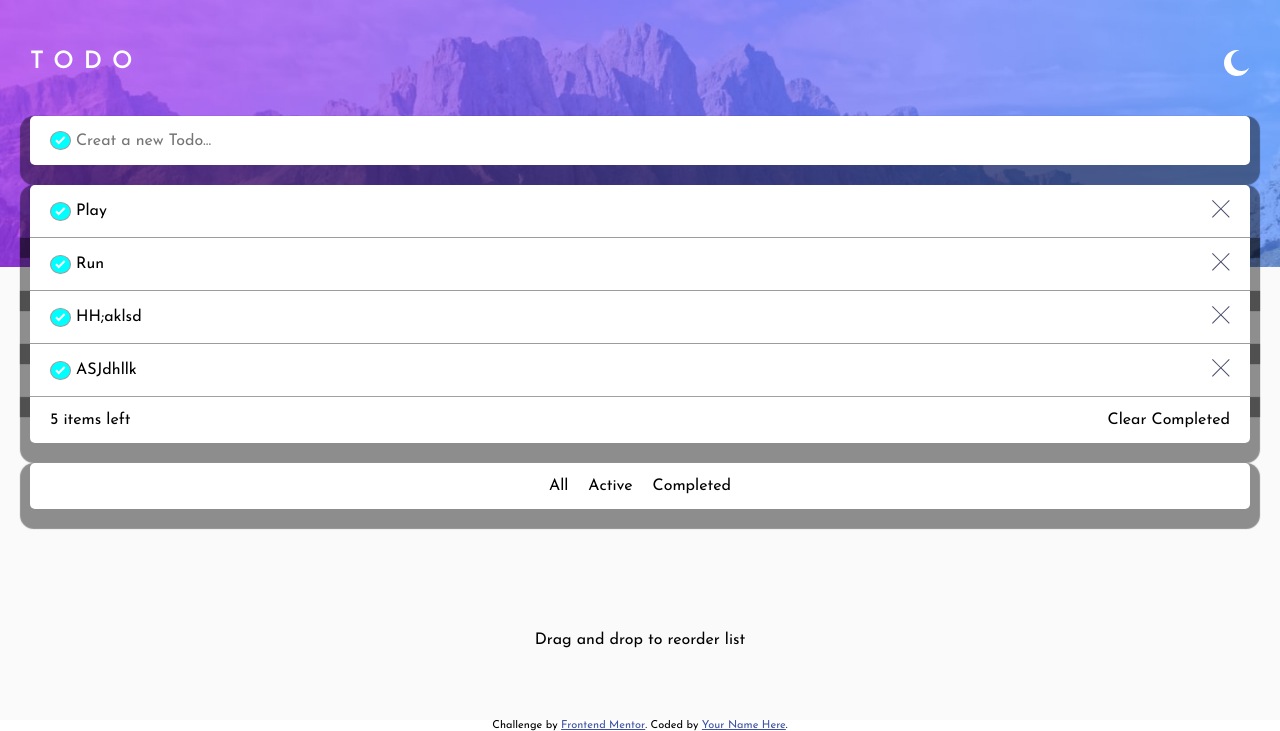
Repository: Baraajad231/Todo-app
Page: /
These files come from the project's save history. The page is drawn as it stood at one moment and after a run of saves; the edit follows.
The browser window is 1280 px wide. The pictures show the whole page.
The project was rebuilt for these pictures with package versions that can differ from the ones it lists, and the page was loaded fresh each time. Also part of the build but not shown: vite.config.js.

Above is the page before, as saved 2025-12-28 02:07:58.

### index.html
<!DOCTYPE html>
<html lang="en">
  <head>
    <meta charset="UTF-8" />
    <meta name="viewport" content="width=device-width, initial-scale=1.0" />
    <!-- displays site properly based on user's device -->

    <link
      rel="icon"
      type="image/png"
      sizes="32x32"
      href="./images/favicon-32x32.png"
    />

    <title>Frontend Mentor | Todo app</title>

    <!-- Feel free to remove these styles or customise in your own stylesheet 👍 -->
    <style>
      .attribution {
        font-size: 11px;
        text-align: center;
      }
      .attribution a {
        color: hsl(228, 45%, 44%);
      }
    </style>

    <link rel="preconnect" href="https://fonts.googleapis.com" />
    <link rel="preconnect" href="https://fonts.gstatic.com" crossorigin />
    <link
      href="https://fonts.googleapis.com/css2?family=Josefin+Sans:ital,wght@0,100..700;1,100..700&display=swap"
      rel="stylesheet"
    />

    <link rel="stylesheet" href="./styles/style.scss" />
  </head>
  <body>
    <div class="container">
      <picture class="background-Wrapper">
        <source
          media="(min-width:465px)"
          srcset="images/bg-desktop-light.jpg"
        />
        <img
          src="images/bg-mobile-light.jpg"
          alt="bg-mobile-light"
          class="background background-light"
        />
      </picture>

      <div class="todo">
        <div class="todo__header">
          <h1 class="todo__title">TODO</h1>
          <img src="images/icon-moon.svg" alt="moon icon" class="todo__theme" />
        </div>
        <ul class="todo__list">
          <li class="todo__list__row todo__list__row-input">
            <span class="checkbox">
              <img
                src="./images/icon-check.svg"
                alt="check"
                class="checkbox__icon"
              />
            </span>
            <input
              type="text"
              placeholder="Creat a new Todo..."
              class="todo__list__input"
            />
          </li>

          <li class="todo__list__row">
            <span class="checkbox">
              <img
                src="./images/icon-check.svg"
                alt="check"
                class="checkbox__icon"
              />
            </span>
            <span class="todo__list__task">Play</span>
            <span class="remove-btn">
              <img src="./images/icon-cross.svg" alt="" class="remove-icon"
            /></span>
          </li>
          <li class="todo__list__row">
            <span class="checkbox">
              <img
                src="./images/icon-check.svg"
                alt="check"
                class="checkbox__icon"
              />
            </span>
            <span class="todo__list__task">Run</span>
            <span class="remove-btn">
              <img src="./images/icon-cross.svg" alt="" class="remove-icon"
            /></span>
          </li>
          <li class="todo__list__row">
            <span class="checkbox">
              <img
                src="./images/icon-check.svg"
                alt="check"
                class="checkbox__icon"
              />
            </span>
            <span class="todo__list__task">HH;aklsd</span>
            <span class="remove-btn">
              <img src="./images/icon-cross.svg" alt="" class="remove-icon"
            /></span>
          </li>
          <li class="todo__list__row">
            <span class="checkbox">
              <img
                src="./images/icon-check.svg"
                alt="check"
                class="checkbox__icon"
              />
            </span>
            <span class="todo__list__task">ASJdhllk</span>
            <span class="remove-btn">
              <img src="./images/icon-cross.svg" alt="" class="remove-icon"
            /></span>
          </li>
          <li class="todo__list__row todo__list__row--meta">
            <div class="todo__items-left">
              <span class="todo__items-count">5</span>
              <span class="todo__items-text">items left</span>
            </div>

            <button class="todo__list-clear button">Clear Completed</button>
          </li>

          <li class="todo__list__row todo__list__row--filter">
            <button class="todo__list-all">All</button>
            <button class="todo__list-active">Active</button>
            <button class="todo__list-completed">Completed</button>
          </li>
        </ul>
      </div>
    </div>
    <p class="note">Drag and drop to reorder list</p>

    <div class="attribution">
      Challenge by
      <a href="https://www.frontendmentor.io?ref=challenge" target="_blank"
        >Frontend Mentor</a
      >. Coded by <a href="#">Your Name Here</a>.
    </div>
  </body>
</html>

### styles/style.scss
/*variables*/
:root {
  /* ===== Brand / Primary ===== */
  --color-primary: hsl(220, 98%, 61%);
  --gradient-check: linear-gradient(hsl(192, 100%, 67%), hsl(280, 87%, 65%));

  /* ===== Typography ===== */
  --font-family-base: "Josefin Sans", sans-serif;
  --font-size-base: 18px;
  --font-weight-regular: 400;
  --font-weight-bold: 700;
  // }

  // :root[data-theme="light"] {
  --color-bg: hsl(0, 0%, 98%);
  --color-surface: #ffffff;

  --color-text-primary: hsl(235, 19%, 35%);
  --color-text-secondary: hsl(236, 9%, 61%);

  --color-border: hsl(233, 11%, 84%);
  --color-muted: hsl(234, 39%, 85%);
  // }

  // :root[data-theme="dark"] {
  // --color-bg: hsl(235, 21%, 11%);
  // --color-surface: hsl(235, 24%, 19%);

  // --color-text-primary: hsl(234, 39%, 85%);
  // --color-text-secondary: hsl(236, 9%, 61%);

  // --color-border: hsl(237, 14%, 26%);
  // --color-muted: hsl(233, 14%, 35%);
}

/* Reset */
* {
  margin: 0;
  padding: 0;
  font: inherit;
}

*,
*::after,
*::before {
  box-sizing: border-box;
}

a {
  color: inherit;
  display: inline-block;
}

button,
[type="submit"] {
  background-color: transparent;
  border: none;
  cursor: pointer;
}

ul,
ol {
  list-style: none;
}

html {
  font-size: 62.5%;
}

body {
  font-size: 1.6rem;
  font-family: "Josefin Sans";
  color: black;
}
/* End Reset */

/*container*/
.container {
  position: relative;
  height: 100vh;
  background-color: var(--color-bg);
}
.background {
  width: 100vw;
}

.todo {
  display: flex;
  flex-direction: column;
  gap: 4rem;
  position: absolute;
  top: 0;
  width: calc(100% - 6rem);
  margin: 5rem 3rem;

  &__header {
    display: flex;
    justify-content: space-between;
    .todo__title {
      font-size: 2.4rem;
      color: white;
      letter-spacing: 1rem;
      font-weight: 600;
    }
  }

  &__list {
    &__row {
      background-color: white;
      padding: 1.5rem 2rem;
      display: flex;
      align-items: center;

      box-shadow: 0 1rem 0.1rem 1rem rgba(0, 0, 0, 0.437);

      &:nth-child(2) {
        border-radius: 0.5rem 0.5rem 0 0;
      }

      & .checkbox {
        border: 1px solid rgb(156, 155, 155);
        border-radius: 50%;
        background-color: aqua;
        margin-right: 0.5rem;
        display: flex;
        align-items: center;
        justify-content: center;

        &__icon {
          padding: 0.4rem;
        }
      }

      & .todo__list__task {
        margin-right: auto;
      }
      &-input {
        margin-bottom: 2rem;

        & .todo__list__input {
          border: none;

          &:focus {
            outline: none;
            caret-color: aqua;
          }
        }
      }

      &:not(&-input, &--filter, &--meta) {
        border-bottom: 1px solid rgb(170, 167, 167);
      }

      &--meta {
        display: flex;
        justify-content: space-between;

        border-radius: 0 0 0.5rem 0.5rem;
      }

      &--filter {
        display: flex;
        justify-content: center;
        gap: 2rem;
        margin-top: 2rem;
      }
      &--filter,
      &-input {
        border-radius: 0.5rem;
      }
    }
  }
}

.note {
  position: absolute;
  bottom: 10%;
  left: 50%;
  transform: translateX(-50%);
  width: max-content;
}

After the next 3 saves:
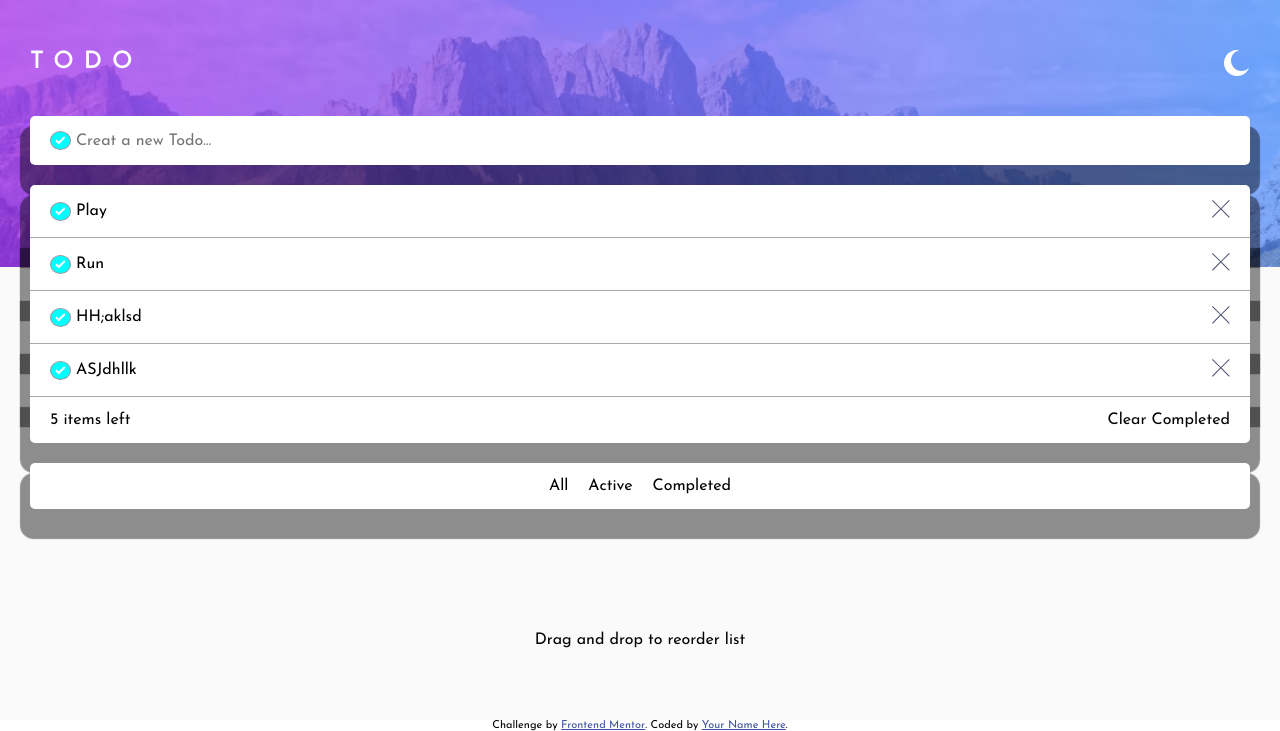
The 3 saves are shown as one change because they came seconds apart.
The last was saved 12 s later.
--- a/styles/style.scss
+++ b/styles/style.scss
@@ -111,7 +111,7 @@ body {
       display: flex;
       align-items: center;
 
-      box-shadow: 0 1rem 0.1rem 1rem rgba(0, 0, 0, 0.437);
+      box-shadow: 0 2rem 0.1rem 1rem rgba(0, 0, 0, 0.437);
 
       &:nth-child(2) {
         border-radius: 0.5rem 0.5rem 0 0;
